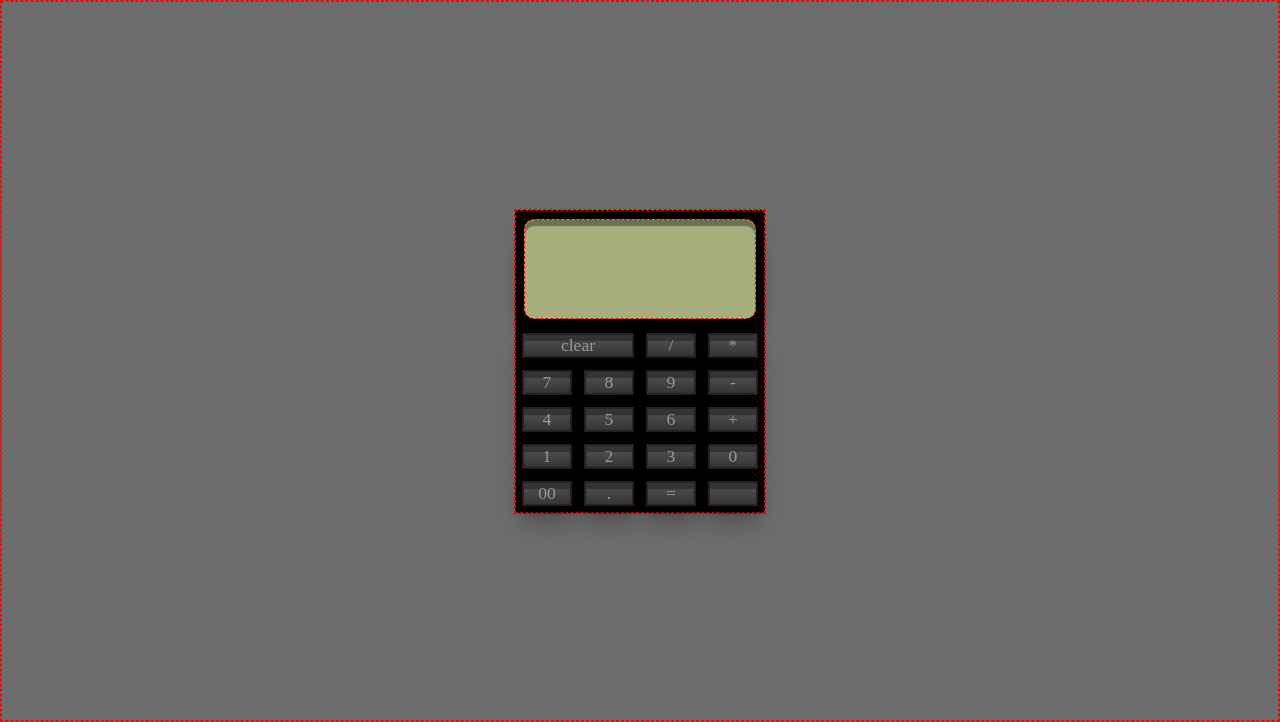
Repository: JunaidAnsari202/calculator
Page: index.html
The author's editor kept a copy of each file at every save. The page is drawn from the files as they stood at one save, then again after a run of saves.
The browser window is 1280 px wide. The pictures show the whole page.

Above is the page before, as saved 2023-10-28 14:10:11.

### index.html
<!DOCTYPE html>
<html lang="en">
<head>
    <meta charset="UTF-8">
    <meta name="viewport" content="width=device-width, initial-scale=1.0">
    <title>Document</title>
    <link rel="stylesheet" href="style.css">
</head>
<body>

    <div class="caculator">
        <div class="button">
            <h2 id="value"></h2>
            <!-- <textarea name="" id="value" cols="1" rows="1" readonly></textarea> -->
            <span id="clear">clear</span>
            <span>/</span>
            <span>*</span>
            <span>7</span>
            <span>8</span>
            <span>9</span>
            <span>-</span>
            <span>4</span>
            <span>5</span>
            <span>6</span>
            <span id="plus">+</span>
            <span>1</span>
            <span>2</span>
            <span>3</span>
            <span>0</span>
            <span>00</span>
            <span>.</span>
            <span id="equal">=</span>
            <span></span>
        </div>
    </div>
    <script src="script.js"></script>
</body>
</html>

### style.css
*{
    padding: 0;
    margin: 0;
    box-sizing: border-box;
    border: 1px red dashed;
}

body{
    display: flex;
    justify-content: center;
    align-items: center;
    height: 100vh;
    background-color: rgb(109, 109, 109);
}
.calculator{
    position: relative;
    width: 300px;
}

.button{
    position: relative;
    display: grid;
    background-color: black;
    width: 250px;
}

#value{
    width: 2em; /* Adjust the width as needed */
    height: 1.2em; /* Adjust the height as needed */
    resize: none;

    position: relative;
    margin: 8px;
    grid-column: span 4;
    height: 100px;
    line-height: 100px;
    padding: 0 20px ;
    border-radius: 10px;
    background-color: #a7af7c;
    text-align: right;
    font-size: 1.5 rem;
    color: #3a3c2e;
    overflow: hidden;
    box-shadow: inset 0 6px 1px 0 rgba(0,0,0,0.35),
    0 5px 5px rgba(0,0,0,0.5),0 15px 25px rgba(0,0,0,0.35);
    width: calc(100% - 16px);
}


span{
    position: relative;
    pad: 10px;
    margin: 6px;
    min-width: 40px;
    font-size: 1.1rem;
    display: flex;
    justify-content: center;
    align-items: center;
    color: #999;
    border: 2px solid #222;
    background: linear-gradient(#555353,#363535);
    box-shadow: inset 0 6px 1px 0 rgba(0,0,0,0.35),
    0 5px 5px rgba(0,0,0,0.5),0 15px 25px rgba(0,0,0,0.35);
    user-select: none;
    cursor: pointer;
}

span::before{
    content: "";
    position: absolute;
    border-top: 2px solid #ccc;
    filter: blur(2px);
}

#clear{
grid-column: span 2;
}

### script.js
let buttons=document.querySelector(".button");
let btn=document.querySelectorAll("span");
let value=document.getElementById("value");

for(let i =0;i<btn.length;i++){
    btn[i].addEventListener("click",function(){
        if(this.innerHTML == "="){
            value.innerHTML = eval(value.innerHTML);

        }
        else{
            if(this.innerHTML== "clear"){
                value.innerHTML = " ";
            }else{
                value.innerHTML += this.innerHTML;
            }
        }
    })
}

After the next 3 saves:
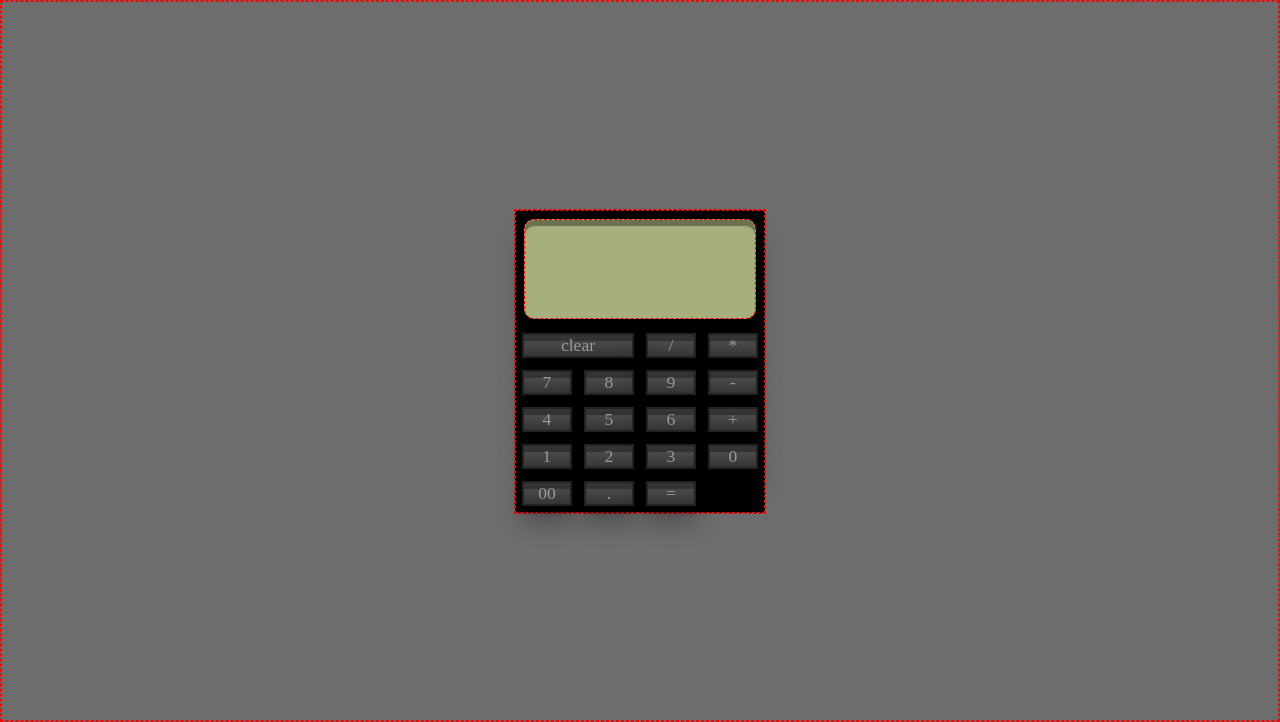
The 3 saves are shown as one change because they came seconds apart.
The last was saved 20 s later.
--- a/index.html
+++ b/index.html
@@ -30,7 +30,7 @@
             <span>00</span>
             <span>.</span>
             <span id="equal">=</span>
-            <span></span>
+
         </div>
     </div>
     <script src="script.js"></script>
